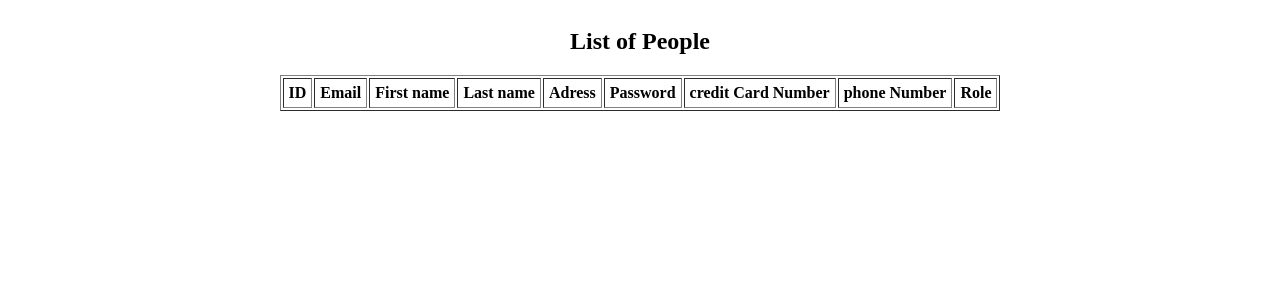
Repository: jrule5960/Tree-Cutting-Database
Page: http://localhost/database/UserList.jsp
The author's editor kept a copy of each file at every save. The page is drawn from the files as they stood at one save, then again after the next save.
The browser window is 1280 px wide. The pictures show the whole page.
The page is served by Tomcat 9. Other server files are loaded and not shown.

Above is the page before, as saved 2023-11-06 21:08:26.

### database/WebContent/UserList.jsp
<%@ page import="java.util.List" %>
<%@ page language="java" contentType="text/html; charset=ISO-8859-1"
    pageEncoding="ISO-8859-1"%>
  <%@ taglib prefix="c" uri="http://java.sun.com/jsp/jstl/core" %>
<!DOCTYPE html PUBLIC "-//W3C//DTD HTML 4.01 Transitional//EN" "http://www.w3.org/TR/html4/loose.dtd">
<html>
<head>
    <title>All User list</title>
</head>
<body>
   <div align="center">
        <table border="1" cellpadding="5">
            <caption><h2>List of People</h2></caption>
            <tr>
            	<th>ID</th>
				<th>Email</th>
                <th>First name</th>
                <th>Last name</th>
                <th>Adress</th>
                <th>Password</th>
                <th>credit Card Number</th>
                <th>phone Number</th>
                <th>Role</th>

            </tr>
            <c:forEach var="users" items="${listUser}">
                <tr style="text-align:center">
                	<td><c:out value="${users.id}" /></td>
                    <td><c:out value="${users.email}" /></td>
                    <td><c:out value="${users.firstName}" /></td>
                    <td><c:out value="${users.lastName}" /></td>
                    <td><c:out value="${users.creditCardNumber}" /></td>
			        <td><c:out value="${users.phoneNumber}" /></td>
			        <td><c:out value="${users.role}" /></td>
                    <td><c:out value= "${users.adress_street_num} ${users.adress_street} ${users.adress_city} ${users.adress_state} ${users.adress_zip_code}" /></td>
                    <td><c:out value="${users.password}" /></td>
                </tr>
            </c:forEach>
        </table>
    </div>
</body>
</html>

After the next save:
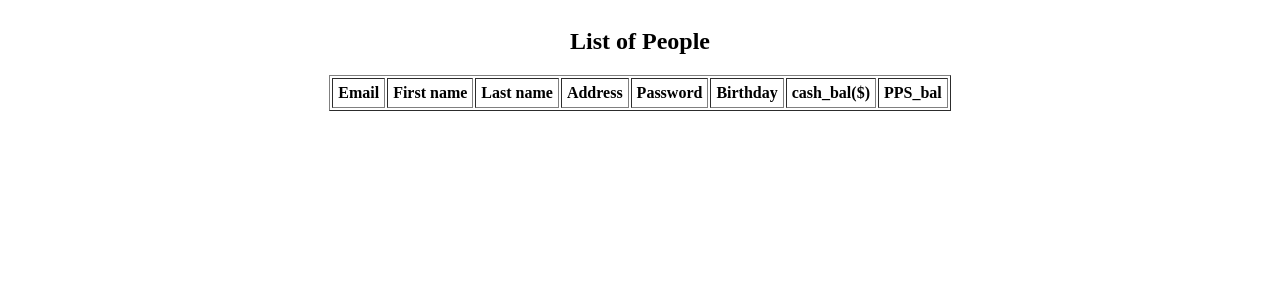
Saved 16 s later.
--- a/database/WebContent/UserList.jsp
+++ b/database/WebContent/UserList.jsp
@@ -12,28 +12,26 @@
         <table border="1" cellpadding="5">
             <caption><h2>List of People</h2></caption>
             <tr>
-            	<th>ID</th>
 				<th>Email</th>
                 <th>First name</th>
                 <th>Last name</th>
-                <th>Adress</th>
+                <th>Address</th>
                 <th>Password</th>
-                <th>credit Card Number</th>
-                <th>phone Number</th>
-                <th>Role</th>
+                <th>Birthday</th>
+                <th>cash_bal($)</th>
+                <th>PPS_bal</th>
 
             </tr>
             <c:forEach var="users" items="${listUser}">
                 <tr style="text-align:center">
-                	<td><c:out value="${users.id}" /></td>
                     <td><c:out value="${users.email}" /></td>
                     <td><c:out value="${users.firstName}" /></td>
                     <td><c:out value="${users.lastName}" /></td>
-                    <td><c:out value="${users.creditCardNumber}" /></td>
-			        <td><c:out value="${users.phoneNumber}" /></td>
-			        <td><c:out value="${users.role}" /></td>
                     <td><c:out value= "${users.adress_street_num} ${users.adress_street} ${users.adress_city} ${users.adress_state} ${users.adress_zip_code}" /></td>
                     <td><c:out value="${users.password}" /></td>
+                    <td><c:out value="${users.birthday}" /></td>
+                    <td><c:out value="${users.cash_bal}"/></td>
+                    <td><c:out value="${users.PPS_bal}" /></td>
                 </tr>
             </c:forEach>
         </table>
